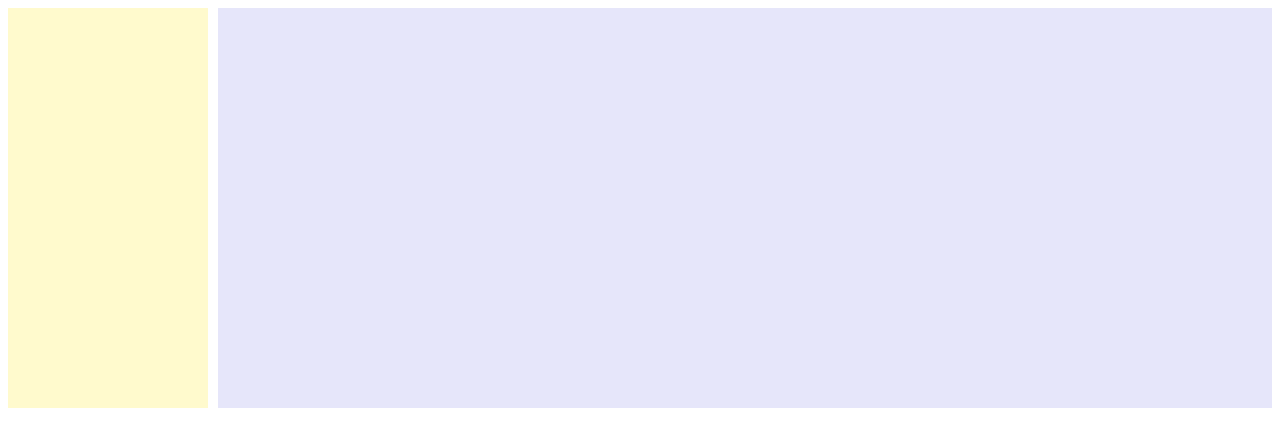
Repository: xzm1997/huntjob
Page: 面试/常见问题/practice/practice_2.html
The author's editor kept a copy of each file at every save. The page is drawn from the files as they stood at one save, then again after the next save.
The browser window is 1280 px wide. The pictures show the whole page.

Above is the page before, as saved 2022-06-14 09:01:29.

After the next save:
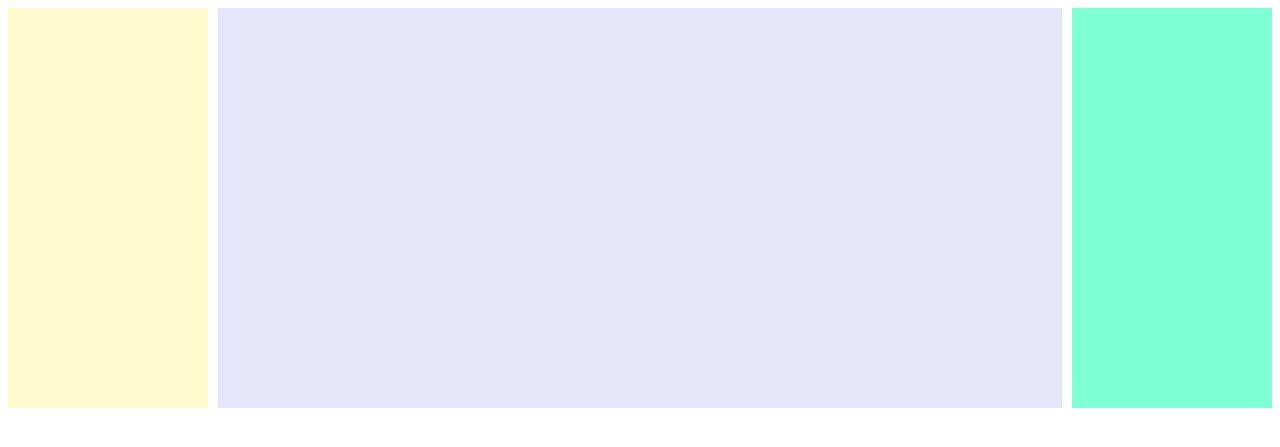
Saved 51 s later.
--- a/面试/常见问题/practice/practice_2.html
+++ b/面试/常见问题/practice/practice_2.html
@@ -21,7 +21,9 @@
             background:lemonchiffon;
         }
         .right {
-
+            flex: 0 1 200px;
+            margin-left: 10px;
+            background-color:aquamarine;
         }
     </style>
 </head>
